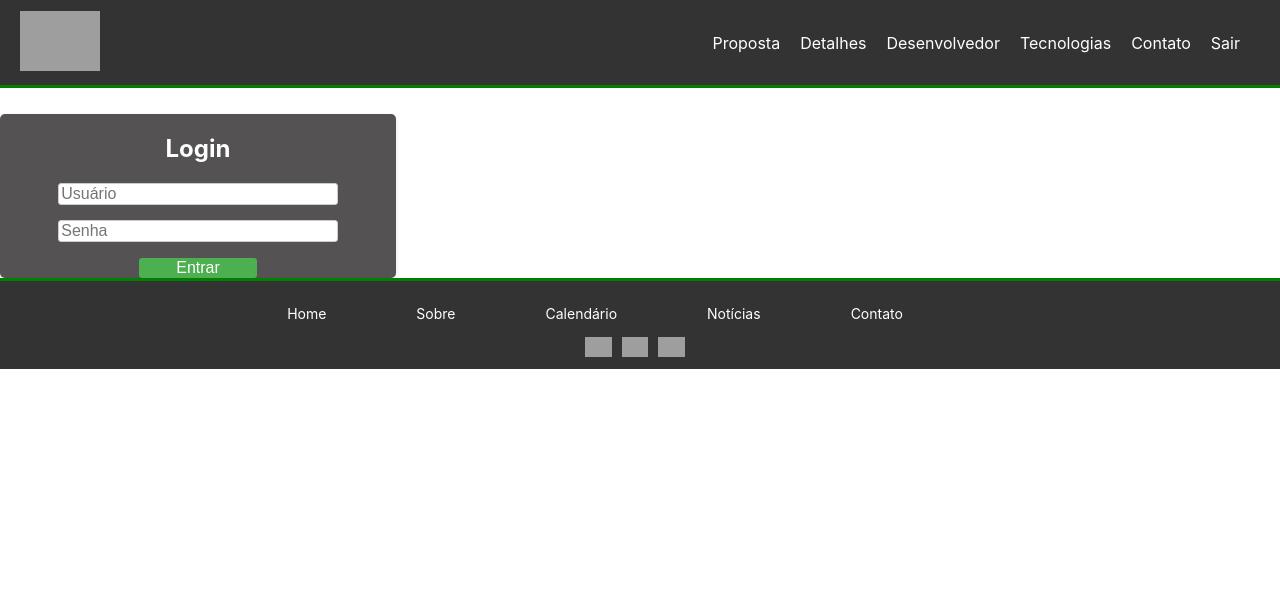
Repository: gustavo-eng/TheFightDay
Page: /home (app in Client/frontend/)
The author's editor kept a copy of each file at every save. The page is drawn from the files as they stood at one save, then again after the next save.
The browser window is 1280 px wide. The pictures show the whole page.
Pictures or frames that could not be fetched are drawn as grey boxes. The project was rebuilt for these pictures with package versions that can differ from the ones it lists, and the page was loaded fresh each time. Also part of the build but not shown: Client/frontend/src/pages/Home.js.

Above is the page before, as saved 2023-06-03 23:30:33.

After the next save:
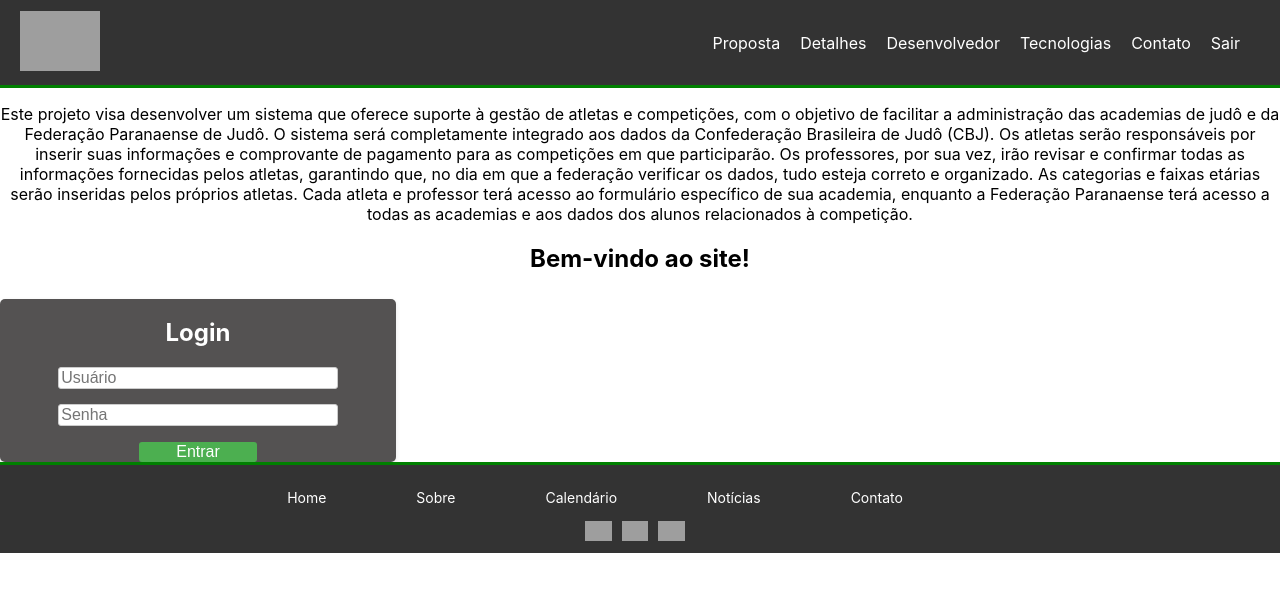
Saved 57 s later.
--- a/Client/frontend/src/Components/FormLogin.js
+++ b/Client/frontend/src/Components/FormLogin.js
@@ -7,17 +7,28 @@ import './formLogin.css';
 
 const FormLogin  =  () => {
     return (
-        <div class="login-form">
+        <div class="container_proposta">
 
-            <h2> Login  </h2>
-            <form>
+        <p class= "p_proposta">
+                          Este projeto visa desenvolver um sistema que oferece suporte à gestão de atletas e competições, com o objetivo de facilitar a administração das academias de judô e da Federação Paranaense de Judô. O sistema será completamente integrado aos dados da Confederação Brasileira de Judô (CBJ). Os atletas serão responsáveis por inserir suas informações e comprovante de pagamento para as competições em que participarão. Os professores, por sua vez, irão revisar e confirmar todas as informações fornecidas pelos atletas, garantindo que, no dia em que a federação verificar os dados, tudo esteja correto e organizado. As categorias e faixas etárias serão inseridas pelos próprios atletas. Cada atleta e professor terá acesso ao formulário específico de sua academia, enquanto a Federação Paranaense terá acesso a todas as academias e aos dados dos alunos relacionados à competição.
+        </p>
+              <h2 class="proposta_title">Bem-vindo ao site!</h2>
+             <div class="container_login">
+                <div class="login-form">
 
-                <input type="text" placeholder="Usuário" required />
-                <input type="password" placeholder="Senha" required />
-                <button type="submit">Entrar</button>
+                  <h2> Login  </h2>
+                  <div class="container_form">
+                    <form>
 
-            </form>
-        </div>
+                        <input type="text" placeholder="Usuário" name="user" required />
+                        <input type="password" placeholder="Senha" name="password" required />
+                        <button type="submit">Entrar</button>
+
+                    </form>
+                  </div>
+                </div>
+              </div>
+       </div>
 
     )
 }
